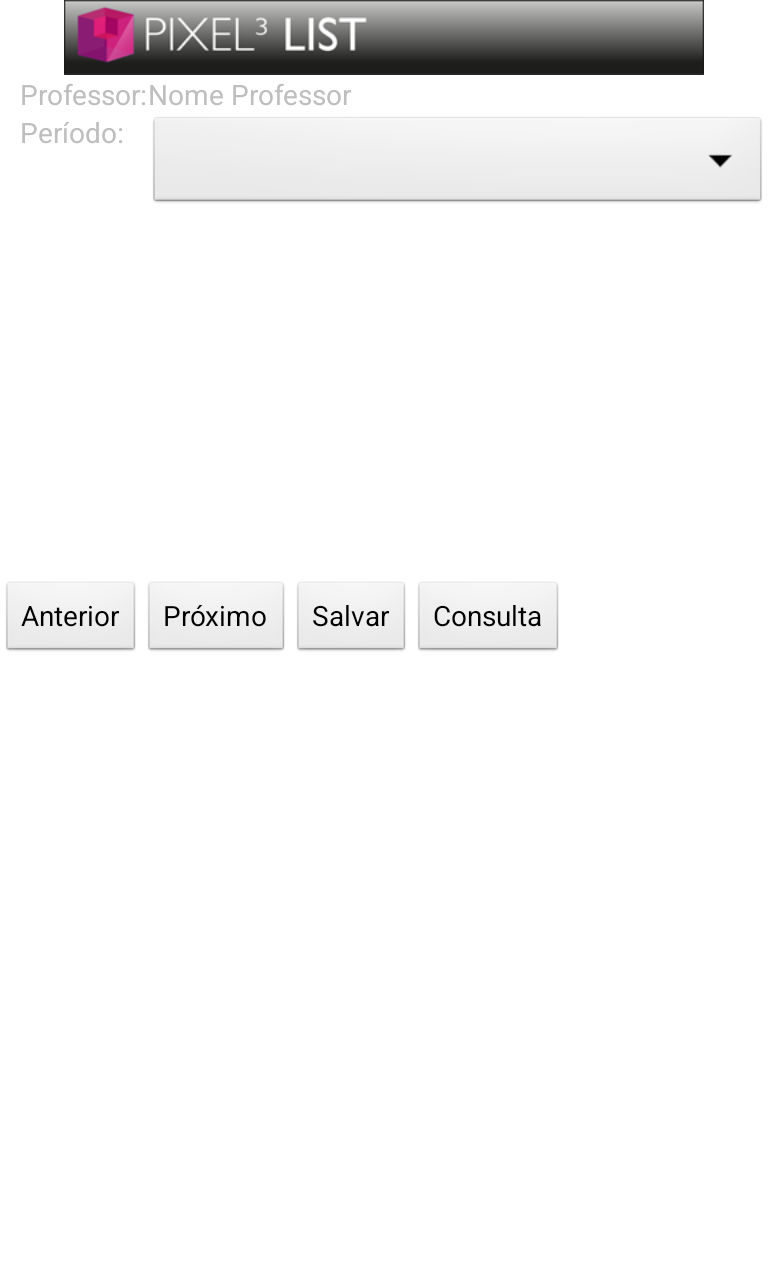
Repository: pixel3mobi/listaDigital
Layout: Pixel3List/res/layout/chamada.xml
An editor plug-in stored every save of this project. The layout is shown before and after the next save, followed by the edit.
It is drawn on a 768 x 1280 px phone screen (xhdpi) without system bars, with theme android:Theme; the app's code is not run. Lists and similar views that code fills are empty.

Above is the layout before, as saved 2011-03-25 23:52:20.

### Pixel3List/res/layout/chamada.xml
<?xml version="1.0" encoding="utf-8"?>
<RelativeLayout
	android:id="@+id/widget50"
	android:background="@drawable/fundo_branco"
	android:layout_width="fill_parent"
	android:layout_height="fill_parent"
	xmlns:android="http://schemas.android.com/apk/res/android">
	<ImageView
		android:id="@+id/cabecalho"
		android:src="@drawable/cabecalho"
		android:layout_width="fill_parent"
		android:layout_height="wrap_content"
		android:layout_alignParentTop="true"
		android:layout_alignParentLeft="true">
	</ImageView>
	<RelativeLayout
		android:layout_height="wrap_content"
		android:id="@+id/relativeLayout2"
		android:background="@drawable/fundo_branco"
		android:layout_width="wrap_content"
		android:layout_below="@+id/cabecalho"
		android:layout_alignLeft="@+id/cabecalho"
		android:layout_alignRight="@+id/cabecalho">
		<TextView
			android:id="@+id/txtProfessor"
			android:layout_height="wrap_content"
			android:paddingLeft="10dip"
			android:text="Professor:"
			android:layout_width="wrap_content"
			android:layout_alignParentTop="true">
		</TextView>
		<TextView android:id="@+id/txtPeriodo" android:layout_height="wrap_content" android:paddingLeft="10dip" android:layout_width="wrap_content" android:text="Período:" android:layout_below="@+id/txtProfessor" android:layout_alignLeft="@+id/txtProfessor"></TextView>
		<TextView android:id="@+id/nomeProfessor" android:layout_height="wrap_content" android:layout_width="wrap_content" android:text="Nome Professor" android:layout_toRightOf="@+id/txtProfessor" android:layout_alignTop="@+id/txtProfessor" android:layout_alignBottom="@+id/txtProfessor"></TextView>
		<Spinner android:layout_height="50dip" android:layout_width="fill_parent" android:paddingLeft="10dip" android:id="@+id/periodos" android:layout_below="@+id/nomeProfessor" android:layout_alignLeft="@+id/nomeProfessor"></Spinner>
		<TextView android:id="@+id/txtData" android:layout_height="wrap_content" android:layout_width="wrap_content" android:layout_below="@+id/periodos" android:layout_alignLeft="@+id/periodos" android:layout_alignRight="@+id/periodos"></TextView>
	</RelativeLayout>
	<ListView
		android:id="@+id/alunos"
		android:layout_width="fill_parent"
		android:layout_height="300dip"
		android:layout_alignParentBottom="true"
		android:layout_alignParentRight="true">
	</ListView>
	<RelativeLayout android:layout_height="50dip" android:layout_width="wrap_content" android:id="@+id/relativeLayout1" android:layout_above="@+id/alunos" android:layout_alignLeft="@+id/alunos" android:layout_alignRight="@+id/alunos">
		<Button android:layout_alignParentLeft="true" android:id="@+id/btnAnterior" android:layout_height="40dip" android:layout_width="wrap_content" android:text="Anterior"></Button>
		<Button android:layout_alignTop="@+id/btnAnterior" android:id="@+id/btnProximo" android:layout_toRightOf="@+id/btnAnterior" android:layout_height="40dip" android:layout_width="wrap_content" android:layout_alignBottom="@+id/btnAnterior" android:text="Próximo"></Button>
		<Button android:layout_alignTop="@+id/btnProximo" android:id="@+id/btnSalvar" android:layout_toRightOf="@+id/btnProximo" android:layout_height="40dip" android:layout_width="wrap_content" android:layout_alignBottom="@+id/btnProximo" android:text="Salvar"></Button>
		<Button android:layout_alignTop="@+id/btnSalvar" android:id="@+id/btnConsulta" android:layout_toRightOf="@+id/btnSalvar" android:layout_height="40dip" android:layout_width="wrap_content" android:layout_alignBottom="@+id/btnSalvar" android:text="Consulta"></Button>
	</RelativeLayout>
</RelativeLayout>

After the next save:
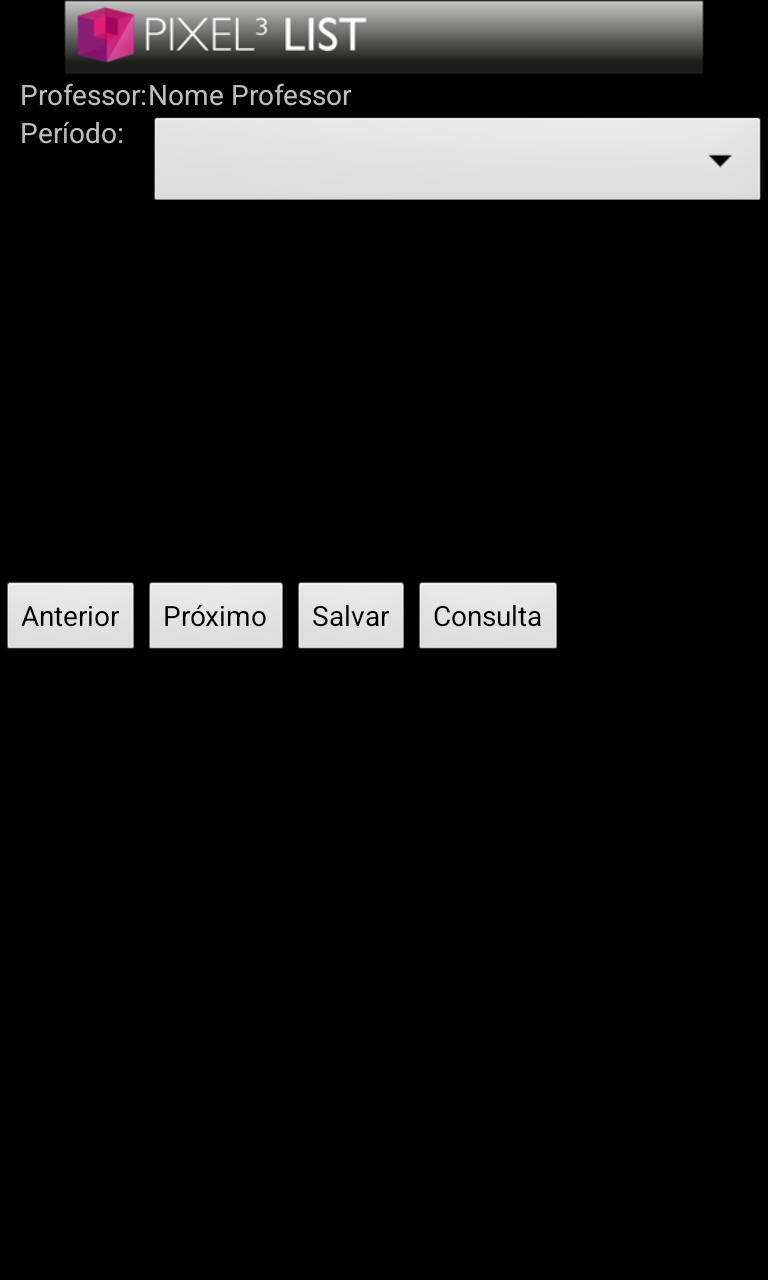
Saved 37 s later.
--- a/Pixel3List/res/layout/chamada.xml
+++ b/Pixel3List/res/layout/chamada.xml
@@ -1,7 +1,6 @@
 <?xml version="1.0" encoding="utf-8"?>
 <RelativeLayout
 	android:id="@+id/widget50"
-	android:background="@drawable/fundo_branco"
 	android:layout_width="fill_parent"
 	android:layout_height="fill_parent"
 	xmlns:android="http://schemas.android.com/apk/res/android">
@@ -16,7 +15,6 @@
 	<RelativeLayout
 		android:layout_height="wrap_content"
 		android:id="@+id/relativeLayout2"
-		android:background="@drawable/fundo_branco"
 		android:layout_width="wrap_content"
 		android:layout_below="@+id/cabecalho"
 		android:layout_alignLeft="@+id/cabecalho"
